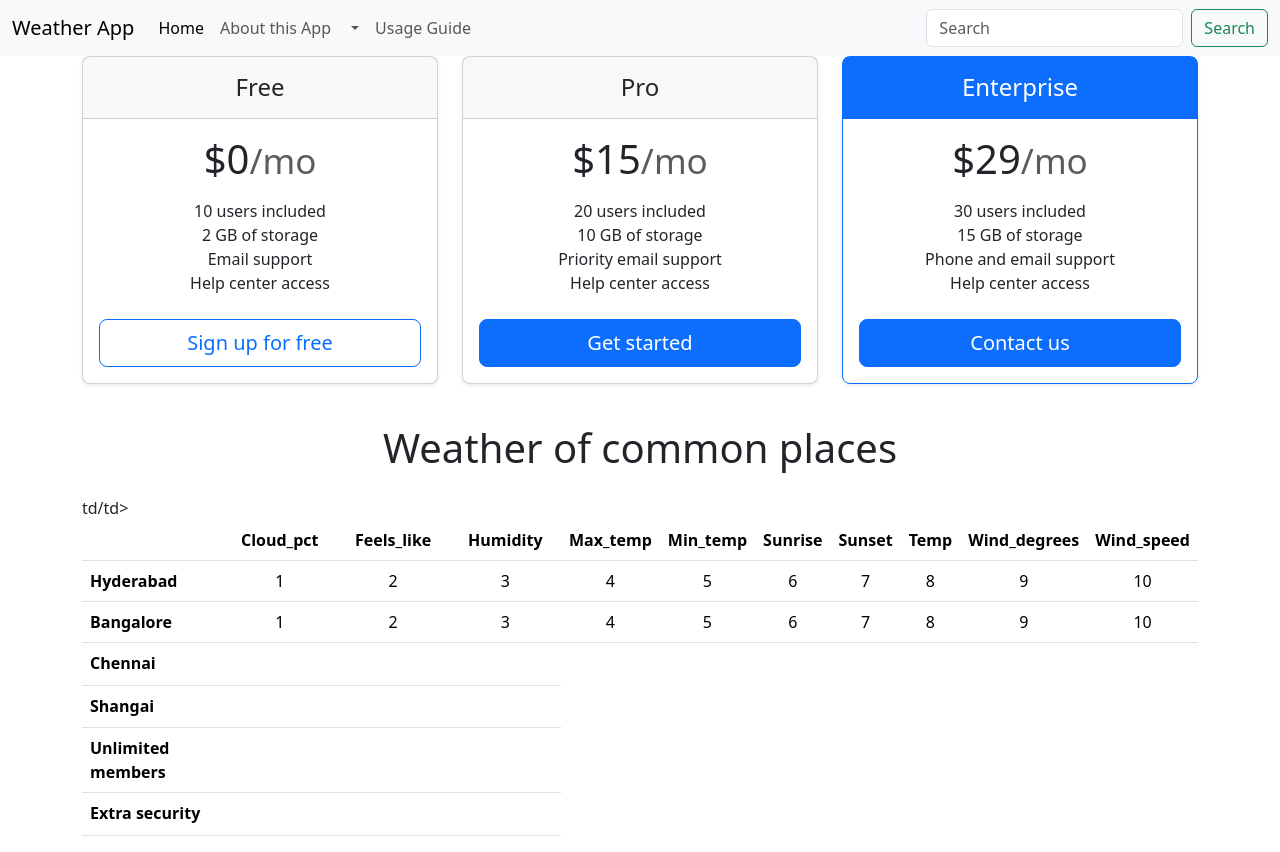
Repository: Abhilash2909/weather
Page: index.html
These files come from the project's save history. The page is drawn as it stood at one moment and after the next save; the edit follows.
The browser window is 1280 px wide. The pictures show the whole page.
The page's requests for data from a server got no answer.

Above is the page before, as saved 2024-02-11 10:43:29.

After the next save:
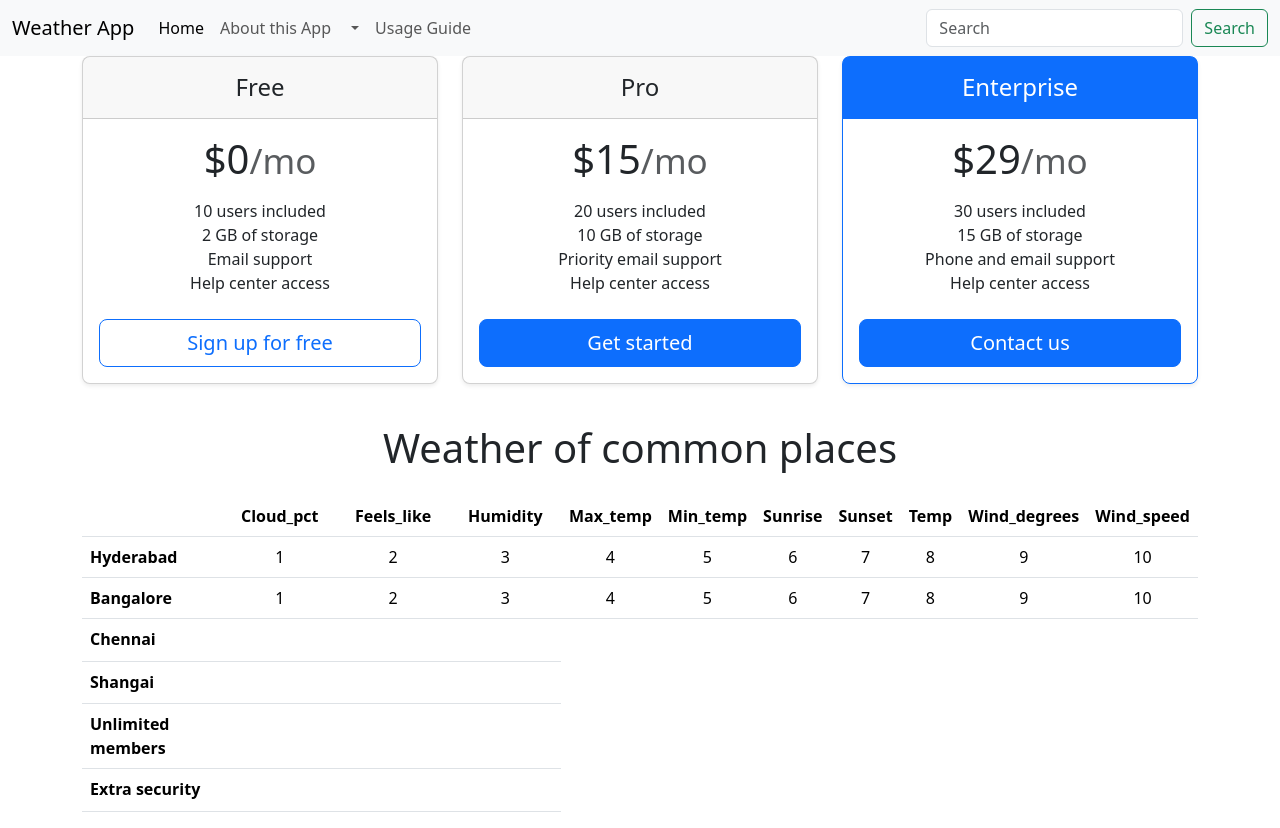
Saved 13 s later.
--- a/index.html
+++ b/index.html
@@ -129,7 +129,7 @@
                 <td>7</td>
                 <td>8</td>
                 <td>9</td>
-                <td>10</td>td/td>
+                <td>10</td>
               </tr>
               <tr>
                 <th scope="row" class="text-start">Bangalore</th>
